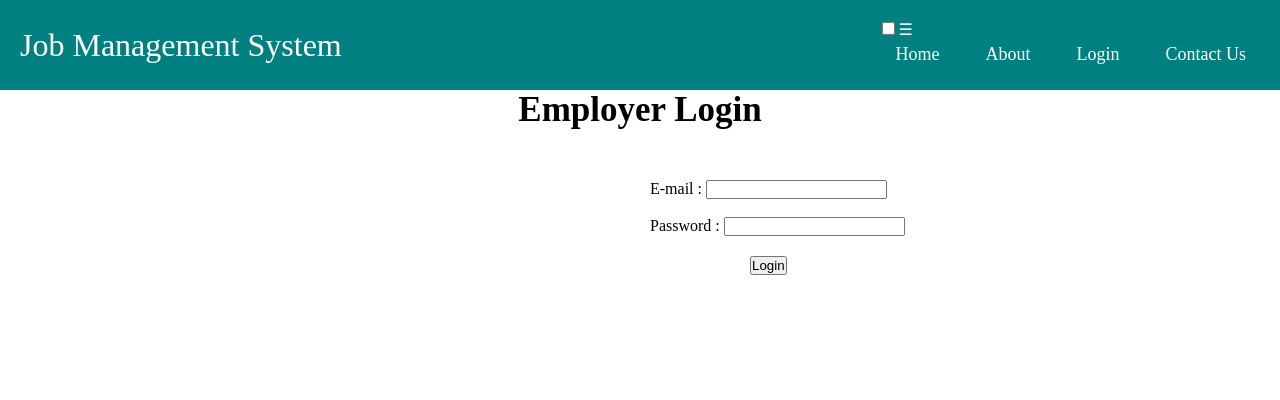
Repository: PrinceKumawat1109/JFSD
Page: http://localhost/Job-management/employerlogin.jsp
An editor plug-in stored every save of this project. The page is shown before and after the next save, followed by the edit.
The browser window is 1280 px wide. The pictures show the whole page.
The page is served by Tomcat 9.

Above is the page before, as saved 2022-10-29 21:52:44.

After the next save:
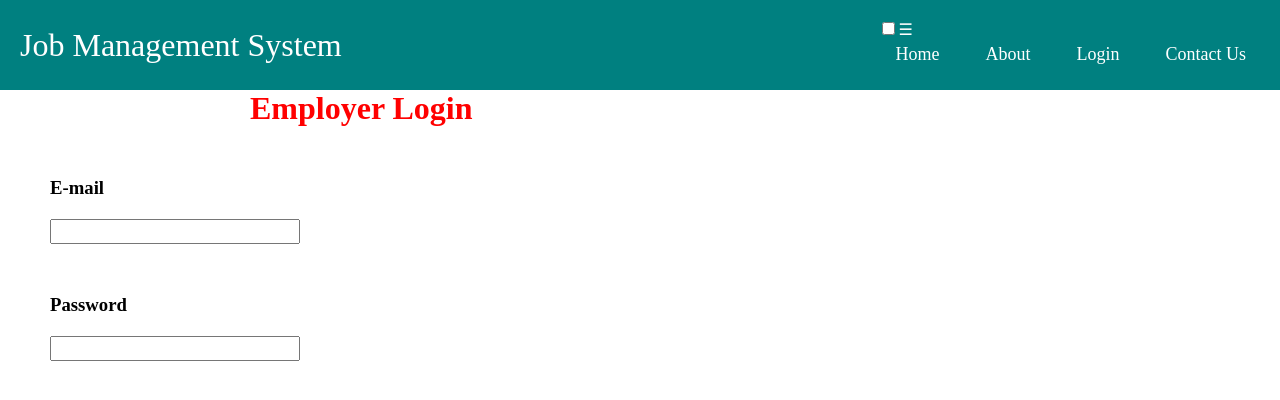
Saved 3 min 38 s later.
--- a/Job-management/src/main/webapp/employerlogin.jsp
+++ b/Job-management/src/main/webapp/employerlogin.jsp
@@ -24,14 +24,21 @@ margin-top:20px;
 </head>
 <jsp:include page="navbar2.jsp" />
 <body>
-<h2> Employer Login</h2>
+<div class="card">
+	<h1 style=" color: red; margin-left: 250px;">Employer Login</h1>
+<h3 style="margin-left: 50px; margin-top: 50px;">E-mail</h3>
+	<input style="margin-left: 50px; margin-top: 20px; height: 25px; width: 250px;" type="text" id="t1"/>
+	<h3 style="margin-left: 50px; margin-top: 50px;">Password</h3>
+	<input style="margin-left: 50px; margin-top: 20px; height: 25px; width: 250px;" type="password" id="t2"/>
+</div>
+<!-- <h2> Employer Login</h2>
 <div class=" first">
 	<p>E-mail : <input type="text" id="t1"/></p>
 	<br/>
 	<p>Password : <input type="password" id="t2"/></p>
 	<button onclick="login()">Login</button>
 	<label id="lbl"></label>
-</div>
+</div> -->
 </body>
 <script type="text/javascript">
 function login()
